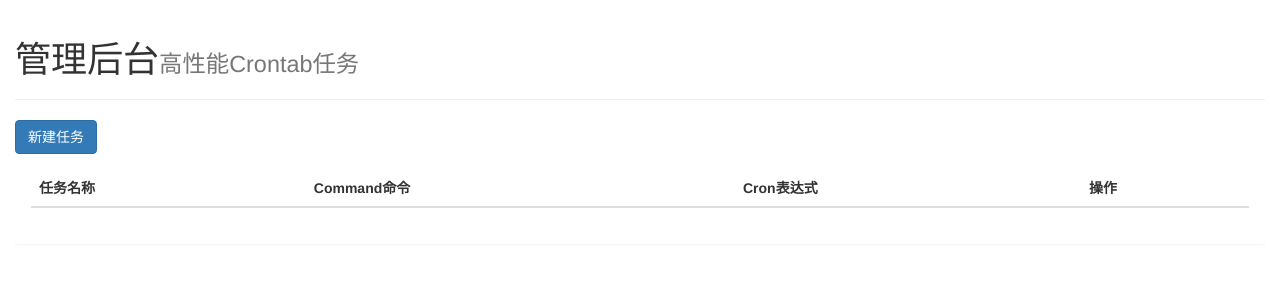
Repository: hellosz/GoCron
Page: src/master/main/public/index.html
An editor plug-in stored every save of this project. The page is shown before and after the next save, followed by the edit.
The browser window is 1280 px wide. The pictures show the whole page.
The page's requests for data from a server got no answer.

Above is the page before, as saved 2021-08-30 16:10:43.

### src/master/main/public/index.html
<!DOCTYPE html>
<html lang="en">
<head>
    <meta charset="UTF-8">
    <meta http-equiv="X-UA-Compatible" content="IE=edge">
    <meta name="viewport" content="width=device-width, initial-scale=1.0">
    <title>高性能 Crontab</title>
    <script src="https://cdn.bootcdn.net/ajax/libs/jquery/3.5.1/jquery.min.js"></script>
    <link href="https://cdn.bootcdn.net/ajax/libs/twitter-bootstrap/3.3.7/css/bootstrap.min.css" rel="stylesheet">
    <script src="https://cdn.bootcdn.net/ajax/libs/twitter-bootstrap/3.3.7/js/bootstrap.min.js"></script>
</head>
<body>
    <div class="container-fluid">
        <!-- 头部 -->
        <div class="row">
            <div class="col-md-12">
                <div class="page-header">
                    <h1>
                        管理后台<small>高性能Crontab任务</small>
                    </h1>
                </div>
            </div>
        </div>
        <!-- 操作按钮 -->
        <div class="row">
            <div class="col-md-12">
                <button type="button" class="btn btn-primary new-job">
                    新建任务
                </button>
            </div>
        </div>

        <!-- 任务列表 -->
        <div class="row">
            <div class="col-md-12">
                <div class="panel">
                    <div class="panel-body">
                        <table class="table table-striped" id="jobTable">
                            <thead>
                                <tr>
                                    <th>任务名称</th>
                                    <th>Command命令</th>
                                    <th>Cron表达式</th>
                                    <th>操作</th>
                                </tr>
                            </thead>
                            <tbody>
                                <!-- <tr>
                                    <td>job1</td>
                                    <td>echo hello</td>
                                    <td>* * * * * *</td>
                                    <td>
                                        <div class="tool-bar">
                                            <button class="btn btn-info edit-job">编辑</button>
                                            <button class="btn btn-danger delete-job">删除</button>
                                            <button class="btn btn-warning kill-job">强杀</button>
                                        </div>
                                    </td>
                                </tr> -->
                            </tbody>
                        </table>
                    </div>
                </div>
            </div>

        </div>
    </div>



    <!-- 代码  -->
    <script>
        $(document).ready(function () {
            // 监听事件
            $("#jobTable").on("click", ".edit-job",function (event) {
                alert("edit");
            });
            $("#jobTable").on("click", ".delete-job",function (event) {
                alert("delete");
            });
            $("#jobTable").on("click", ".kill-job",function (event) {
                alert("kill");
            });
            $(".new-job").on("click",function (event) {
                alert("new");
            });

            // 列表刷新
            function freshList() {
                // 清空列表
                $("#jobTable tobody").empty();

                // 发送请求
                $.ajax({
                    type: "get",
                    url: "/job/list",
                    dataType: "json",
                    success: function (response) {
                        if (response.status == -1) {
                            // 请求失败，静默处理
                            return
                        }

                        // 结果渲染
                        var list = response.data
                        console.log(list)
                        for (var index = 0; index < list.length; index++) {
                            data = list[index]
                            var rowDom = $("<tr>");
                            rowDom.append($("<td>").html(data.name));
                            rowDom.append($("<td>").html(data.command));
                            rowDom.append($("<td>").html(data.cron_exp));
                            var toolBar = $("<div class='tool-bar'>");
                            toolBar.append("<button class=\"btn btn-info edit-job\">编辑</button>");
                            toolBar.append("<button class=\"btn btn-danger delete-job\">删除</button>");
                            toolBar.append("<button class=\"btn btn-warning kill-job\">强杀</button>");
                            rowDom.append(toolBar);

                            // 添加一行数据
                            $("#jobTable tbody").append(rowDom)
                        }


                    }
                });

            }

            // 初始化列表
            freshList();
        })
    </script>
</body>
</html>

After the next save:
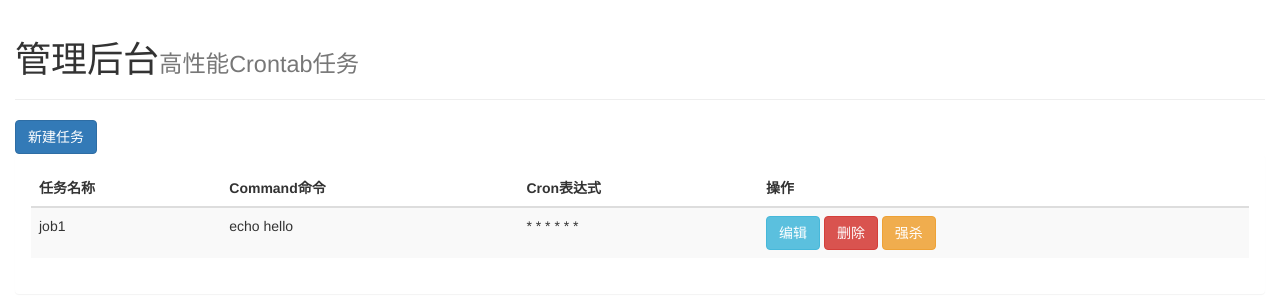
Saved 46 s later.
--- a/src/master/main/public/index.html
+++ b/src/master/main/public/index.html
@@ -45,7 +45,7 @@
                                 </tr>
                             </thead>
                             <tbody>
-                                <!-- <tr>
+                                <tr>
                                     <td>job1</td>
                                     <td>echo hello</td>
                                     <td>* * * * * *</td>
@@ -56,7 +56,7 @@
                                             <button class="btn btn-warning kill-job">强杀</button>
                                         </div>
                                     </td>
-                                </tr> -->
+                                </tr>
                             </tbody>
                         </table>
                     </div>
